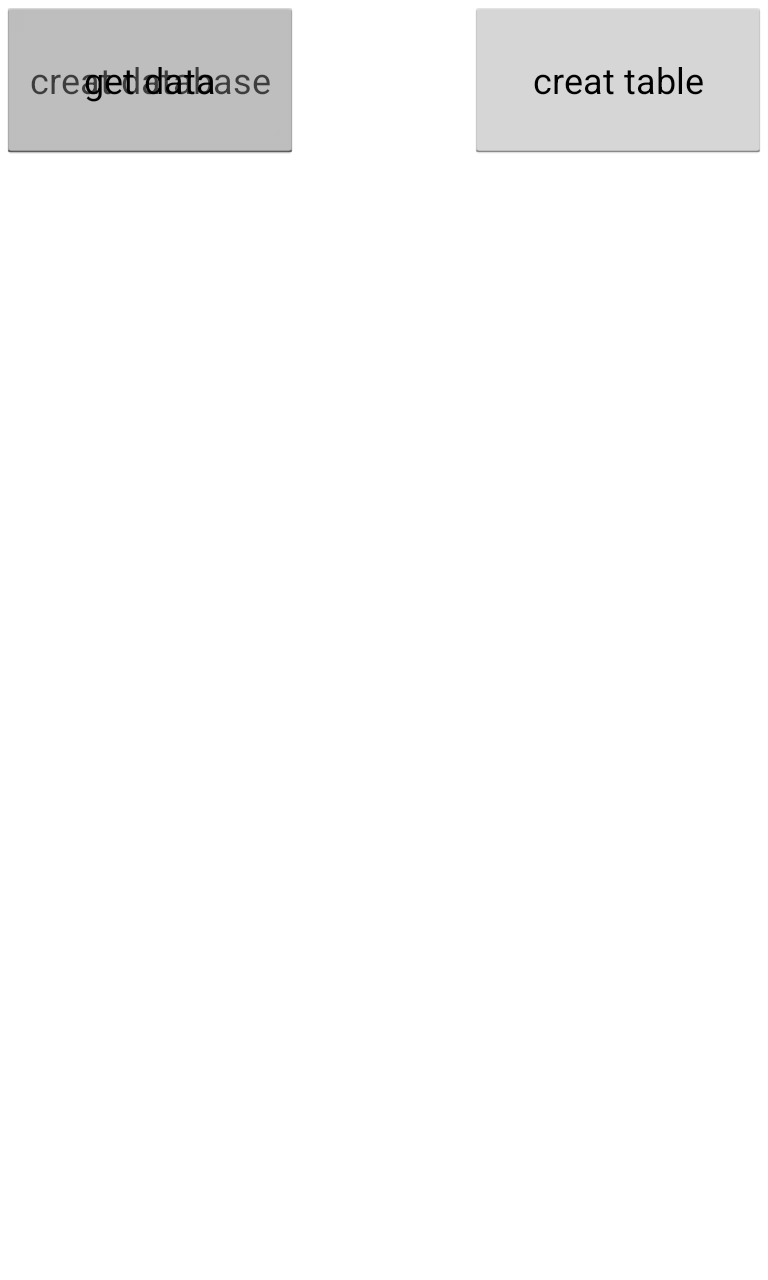
Repository: GuardLDW/HERO
Layout: GuardLDW/res/layout/db.xml
An editor plug-in stored every save of this project. The layout is shown before and after the next save, followed by the edit.
It is drawn on a 768 x 1280 px phone screen (xhdpi) without system bars, with theme AppTheme; the app's code is not run.

Above is the layout before, as saved 2016-11-03 07:25:54.

After the next save:
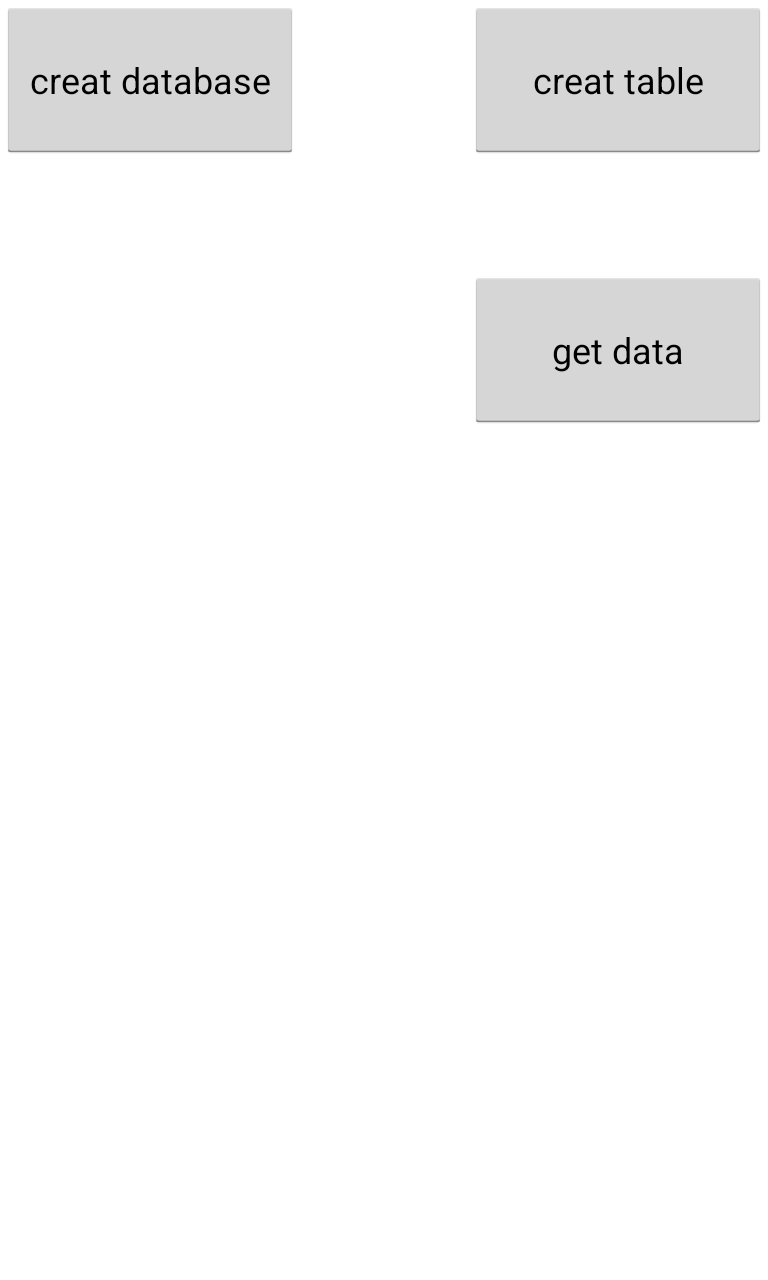
Saved 8 s later.
--- a/GuardLDW/res/layout/db.xml
+++ b/GuardLDW/res/layout/db.xml
@@ -22,10 +22,11 @@
 
     <Button
         android:id="@+id/button_getData"
-        android:layout_width = "150dp"
-        android:layout_height = "80dp"
-        android:text="get data">
-
-    </Button>
+        android:layout_width="150dp"
+        android:layout_height="80dp"
+        android:layout_alignParentRight="true"
+        android:layout_below="@+id/button_creatTable"
+        android:layout_marginTop="55dp"
+        android:text="get data" />
 
     </RelativeLayout>
